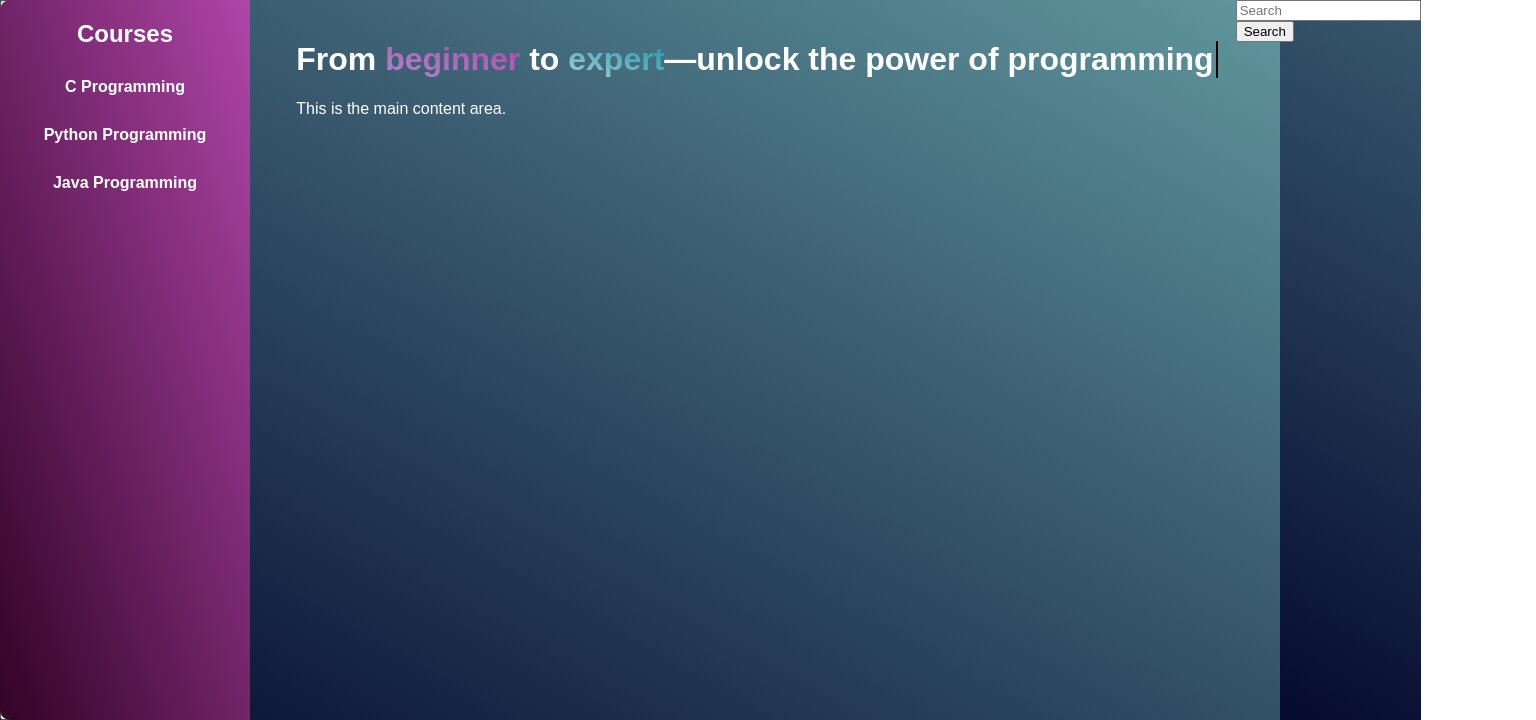
Repository: RishitSharma88/SeaGro
Page: templates/learningcourses.html
The author's editor kept a copy of each file at every save. The page is drawn from the files as they stood at one save, then again after the next save.
The browser window is 1280 px wide. The page is 1421 px wide, then 1536 px, so the pictures cover 1536 px, including what lies to the right of the window. The pictures show the whole page.
The template is drawn by Flask 3. The application's start-up code is not run. Other server files are loaded and not shown. The template is opened directly, without the code that normally fills it, so the values that code supplies are empty.

Above is the page before, as saved 2024-12-28 18:19:42.

### templates/learningcourses.html
<!DOCTYPE html>
<html lang="en">
<head>
    <meta charset="UTF-8">
    <meta name="viewport" content="width=device-width, initial-scale=1.0">
    <title>Learning Courses</title>
    <style>
        body {
            margin: 0;
            padding: 0;
            font-family: 'Arial', sans-serif;
            background: linear-gradient(to bottom left, #60979e, #050a30);
            color: #FFFFFF;
            display: flex;
            height: 100vh;
            overflow: hidden;
        }

        .sidebar {
            background: linear-gradient(to bottom left, #af45a8, #320327);
            color: #ffff;
            width: 250px;
            height: 100%;
            border-radius: 10px 0 0 10px;
            overflow: auto;
            display: flex;
            flex-direction: column;
            align-items: center;
            position: fixed;
            left: 0;
            top: 0;
            transition: transform 0.3s ease;
        }
        .h {
            font-size: 24px;
            font-weight: bold;
            text-align: center;
            margin: 20px 0;
        }
        .side-links {
            display: flex;
            flex-direction: column;
            gap: 10px;
            width: 100%;
            padding: 0 10px;
        }

        .side-links a {
            text-decoration: none;
            color: #fff;
            font-size: 1rem;
            font-weight: bold;
            padding: 10px;
            border-radius: 5px;
            text-align: center;
            transition: background-color 0.3s ease;
        }

        .side-links a:hover {
            background-color: rgba(255, 255, 255, 0.2);
        }
        .main-content {
            margin-left: 250px;
            flex: 1;
            padding: 20px;
            transition: margin-left 0.3s ease;
        }
        .typing {
            width: 0;
            overflow: hidden;
            white-space: nowrap;
            border-right: 2px solid black;
            animation: typing 2s steps(20) forwards, blink 1.5s step-end infinite;

        }
        @keyframes typing {
            from {
                width: 0;
            }
            to {
                width: 100%;
            }
        }

        @keyframes blink {
            50% {
                border-color: transparent;
            }
        }
        .highlight {
            background: linear-gradient(to bottom left, #b243ab, #ae89ca); /* Gradient */
            -webkit-background-clip: text;  /* Clip background to text */
            -webkit-text-fill-color: transparent;  /* Make the non-highlight part transparent */
        }

        .expert {
            background: linear-gradient(to bottom left, #1d97a7, #a2cdd8);
            -webkit-background-clip: text;
            -webkit-text-fill-color: transparent;
        }
        /* .titlebox{
            background-color:#af45a8;
            max-width: fit-content;
            padding: 10px;
            display: flex;
            margin-top:30px;
            height:80px;
            width:100%;
        } */

        /*.sidebar.collapsed {
            transform: translateX(-250px);
        }





        .toggle-btn {
            position: fixed;
            top: 50%;
            left: 250px;
            transform: translateY(-50%);
            background: #de7a50;
            color: #fff;
            border: none;
            border-radius: 5px;
            font-size: 20px;
            cursor: pointer;
            transition: left 0.3s ease;
        }

        .toggle-btn.collapsed {
            left: 0;
        }



        .sidebar.collapsed + .main-content {
            margin-left: 0;
        }*/
    </style>
</head>
<body>
    <div class="sidebar">
        <h1 class="h">Courses</h1>
        <div class="side-links">
            <a href="coursetemp.html">C Programming</a>
            <a href="coursetemp.html">Python Programming</a>
            <a href="coursetemp.html">Java Programming</a>
        </div>
    </div>
    <button class="toggle-btn">&#9664;</button>

    <div class="titlebox">
    <div class="main-content">
        <h1 class="typing">
            From <span class="highlight">beginner</span> to <span class="expert">expert</span>—unlock the power of programming
        </h1>
        <p>This is the main content area.</p>
    </div>
    </div>
    <div>
        <form method="post">
            <input type="search" name="query" placeholder="Search">
            <button type="submit">Search</button>
        </form>
    </div>


    <!-- <script>
        const sidebar = document.querySelector('.sidebar');
        const toggleBtn = document.querySelector('.toggle-btn');

        toggleBtn.addEventListener('click', () => {
            sidebar.classList.toggle('collapsed');
            toggleBtn.classList.toggle('collapsed');


            toggleBtn.innerHTML = sidebar.classList.contains('collapsed') ? '&#9654;' : '&#9664;';
        });
    </script> -->
</body>
</html>

After the next save:
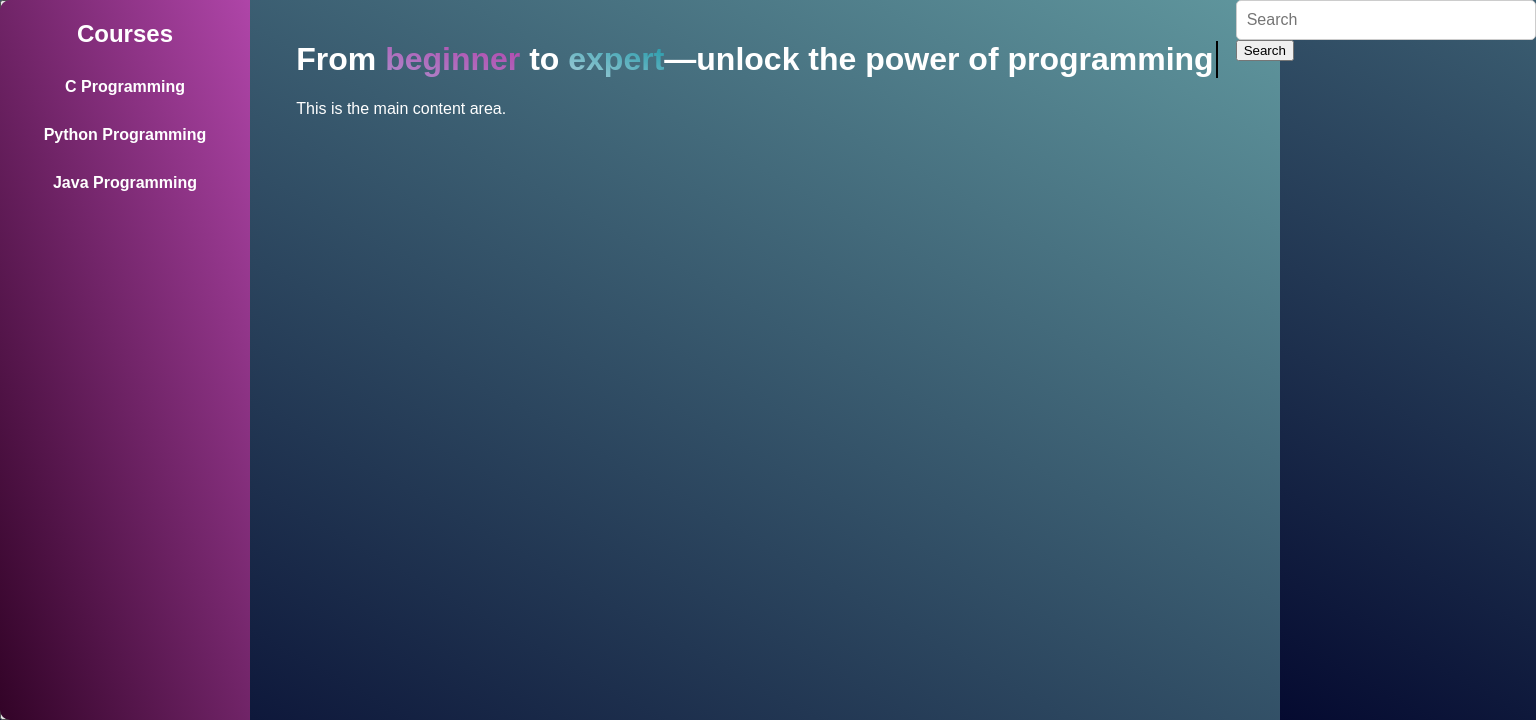
Saved 3 min 52 s later.
--- a/templates/learningcourses.html
+++ b/templates/learningcourses.html
@@ -98,6 +98,25 @@
             -webkit-background-clip: text;
             -webkit-text-fill-color: transparent;
         }
+        input[type="search"]
+        {
+            width:300px;
+            padding: 10px;
+            font-size: 16px;
+            border: 1px solid #ccc;
+            border-radius: 5px;
+        }
+        .button{
+            padding: 10px 15px;
+            background-color: #4caf50;
+            color: #fff;
+            border: none;
+            border-radius: 5px;
+            cursor: pointer;
+        }
+        .button:hover{
+            background-color: #45a049;
+        }
         /* .titlebox{
             background-color:#af45a8;
             max-width: fit-content;
